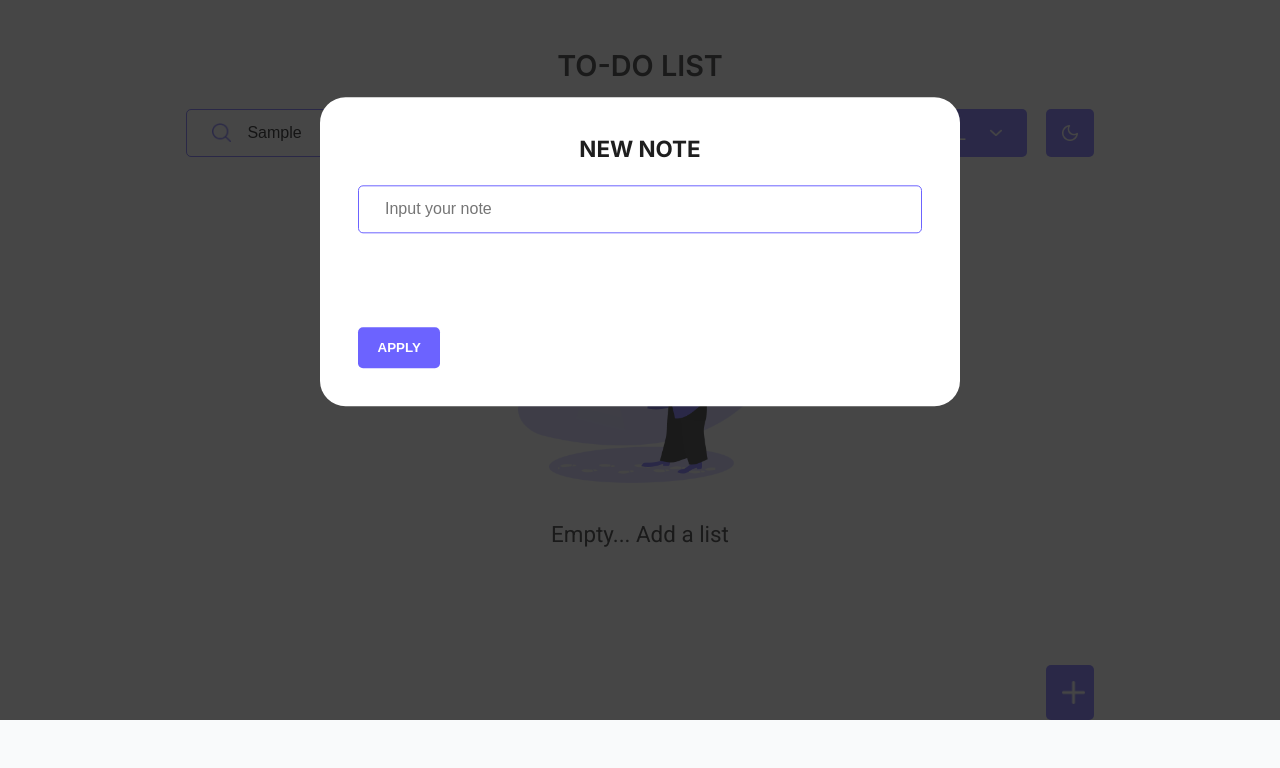
Repository: Marykeje/To-do-list
Page: index.html
An editor plug-in stored every save of this project. The page is shown before and after the next save, followed by the edit.
The browser window is 1280 px wide. The pictures show the whole page.
Empty fields were first filled with sample values (such as "Sample", 5 or name@example.com).
After loading, the first visible `#add-btn` was clicked once.
The style sheet was rebuilt from its Sass, Less or Tailwind sources for each picture, by a compiler version that may differ from the author's.

Above is the page before, as saved 2025-12-02 14:33:52.

After the next save:
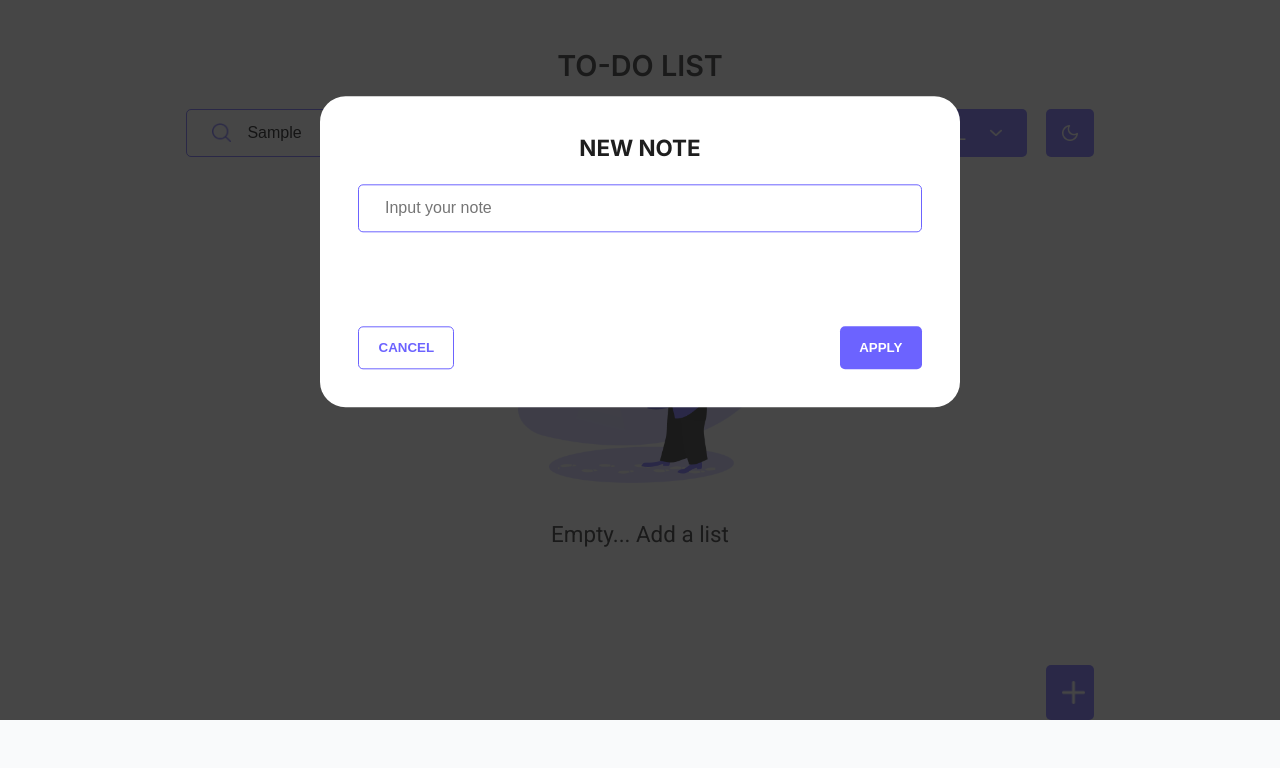
Saved 13 s later.
--- a/js/script.js
+++ b/js/script.js
@@ -28,7 +28,7 @@ function openModal() {
   clickOpen.style.display = "block";
   modal.style.display = "block";
   overlay.style.display = "block";
-  closeModal.style.display = "none";
+  closeModal.style.display = "";
 
   // for the close modal
   // function closeModal() {
